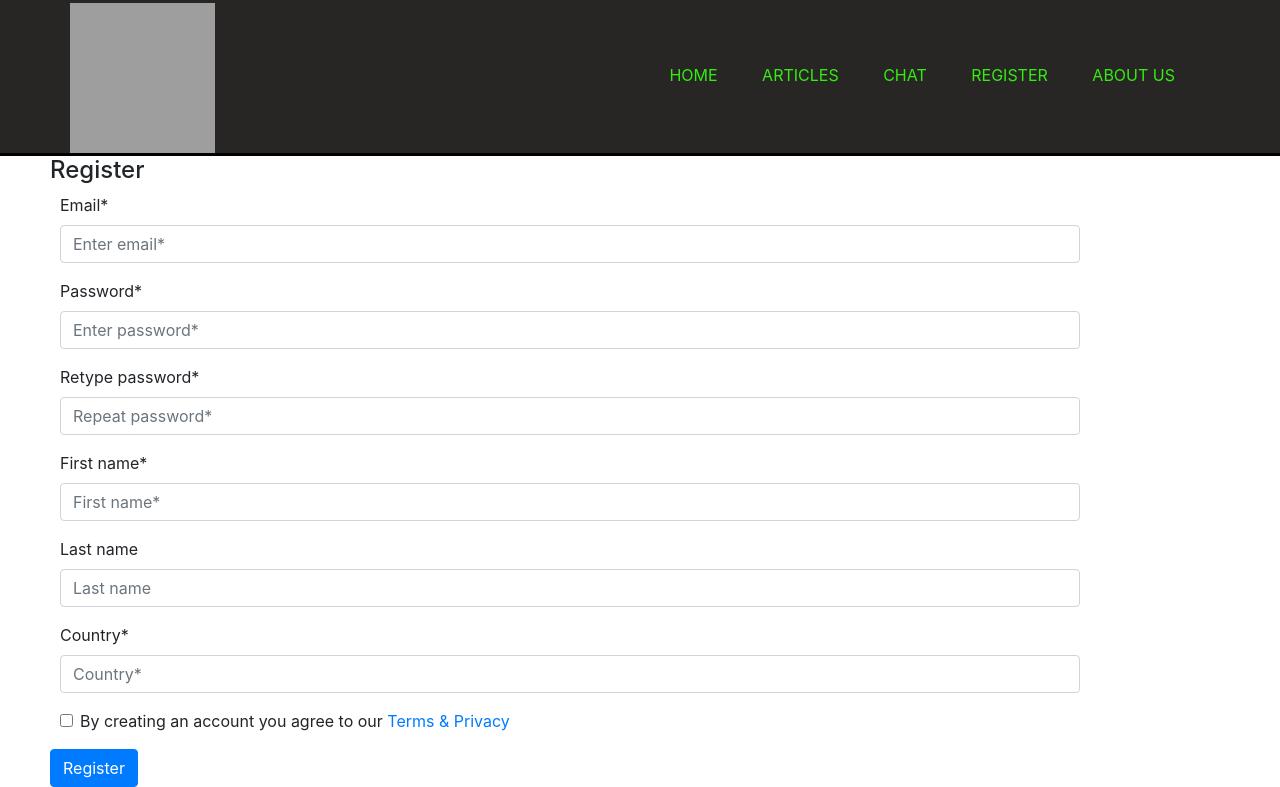
Repository: elvitasaukitena/Web
Page: register/register.html
These files come from the project's save history. The page is drawn as it stood at one moment and after the next save; the edit follows.
The browser window is 1280 px wide. The pictures show the whole page.
Pictures or frames that could not be fetched are drawn as grey boxes.

Above is the page before, as saved 2018-08-08 14:58:22.

### register/register.html
<!DOCTYPE html>
<html lang="en">

<head>
    <meta charset="UTF-8">
    <meta name="viewport" content="width=device-width, initial-scale=1.0">
    <meta http-equiv="X-UA-Compatible" content="ie=edge">
    <title>Document</title>
    <link rel="stylesheet" type="text/css" media="screen" href="register.css" />
    <link rel="stylesheet" href="https://stackpath.bootstrapcdn.com/bootstrap/4.1.3/css/bootstrap.min.css" integrity="sha384-MCw98/SFnGE8fJT3GXwEOngsV7Zt27NXFoaoApmYm81iuXoPkFOJwJ8ERdknLPMO"
        crossorigin="anonymous">

</head>

<body>
    <header>
        <div class="container">
            <div id="branding">
                <a href="../homepage/home.html">
                    <img id="img1" src="https://orig00.deviantart.net/999e/f/2017/347/7/e/cute_cat_gif_version_by_byanchalovelemon-dbwlb8v.gif">

                </a>
            </div>
            <div>

                <nav>
                    <ul>
                        <li>
                            <a href="../home/home.html">Home</a>
                        </li>
                        <li>
                            <a href="../articles/articles.html">Articles</a>
                        </li>
                        <li>
                            <a href="../chat/chat.html">Chat</a>
                        </li>
                        <li>
                            <a href="../register/register.html">Register</a>
                        </li>
                        <li>
                            <a href="../about us/about.html">About Us</a>
                        </li>
                    </ul>
                </nav>

            </div>

    </header>

    <div class="register">

            <form class="needs-validation" id="signup_form" action="../src/index.html" target="_blank" method="POST" novalidate>
                <h4 id="reg_title">Register</h4>
                <div class="form-group">
                    <label for="email">Email*</label>
                    <input type="email" class="form-control" id="email" placeholder="Enter email*" name="email" required>
                </div>
                <div class="form-group">
                    <label for="pwd">Password*</label>
                    <input type="password" class="form-control" id="password" placeholder="Enter password*" name="password" required>
                </div>
                <div class="form-group">
                    <label for="pwd">Retype password*</label>
                    <input type="password" class="form-control" id="confirmpassword" placeholder="Repeat password*" name="confirmpassword" required>
                </div>
                <div class="form-group">
                    <label for="pwd">First name*</label>
                    <input type="text" class="form-control" id="firstN" placeholder="First name*" name="firstN" required>
                </div>
                <div class="form-group">
                    <label for="pwd">Last name</label>
                    <input type="text" class="form-control" id="lastN" placeholder="Last name" name="lastN" required>
                </div>
                <div class="form-group">
                    <label for="pwd">Country*</label>
                    <input type="text" class="form-control" id="country" placeholder="Country*" name="country" required>
                </div>

                <div class="form-group">
                    <div class="form-check">
                        <input class="form-check-input" type="checkbox" id="checkbox1" name="checkbox" required>
                        <label class="form-check-label" for="checkbox1">By creating an account you agree to our
                            <a href="#">Terms &#38; Privacy</a>
                        </label>

                    </div>
                </div>

                <button type="submit" class="btn btn-primary" value="Submit" onClick="validatePassword();">Register</button>

            </form>

        </div>

</body>

</html>

### register/register.css
body{
    font-family: Arial, Helvetica, sans-serif;
    font-size: 15px;
    line-height: 1,5;
    font: 15px/1,5 Arial, Helvetica, sans-serif;
    padding:0;
    margin:0;
    background-color: rgb(192, 189, 189);
}

.container{
    width: 40%;
    margin:auto;
    overflow:hidden;
}


header ul{
    margin:0;
    padding:0;

}


header{
    background: #272624;
    color: #ffffff;
    padding-top: 3px;
    min-height: 40px;
    border-bottom: #000000 3px solid;
}

header #branding{
    float: left;
    margin-left: -20px;
    margin-top: 0px;
    margin-bottom: 0px;
}

header #img1{
    height: 150px;
    width: 150px;
}

header a{
    color: #35ec10;
    text-decoration: none;
    text-transform: uppercase;
    font: size 16;
}

header nav{
    float: right;
    margin-top: 60px;
}

header li{
    display: inline;
    padding: 0 20px 0 20px;
}
.register {
    padding: 0 200px 0 50px;
}
.form-group {
    margin-left: 10px;
}

After the next save:
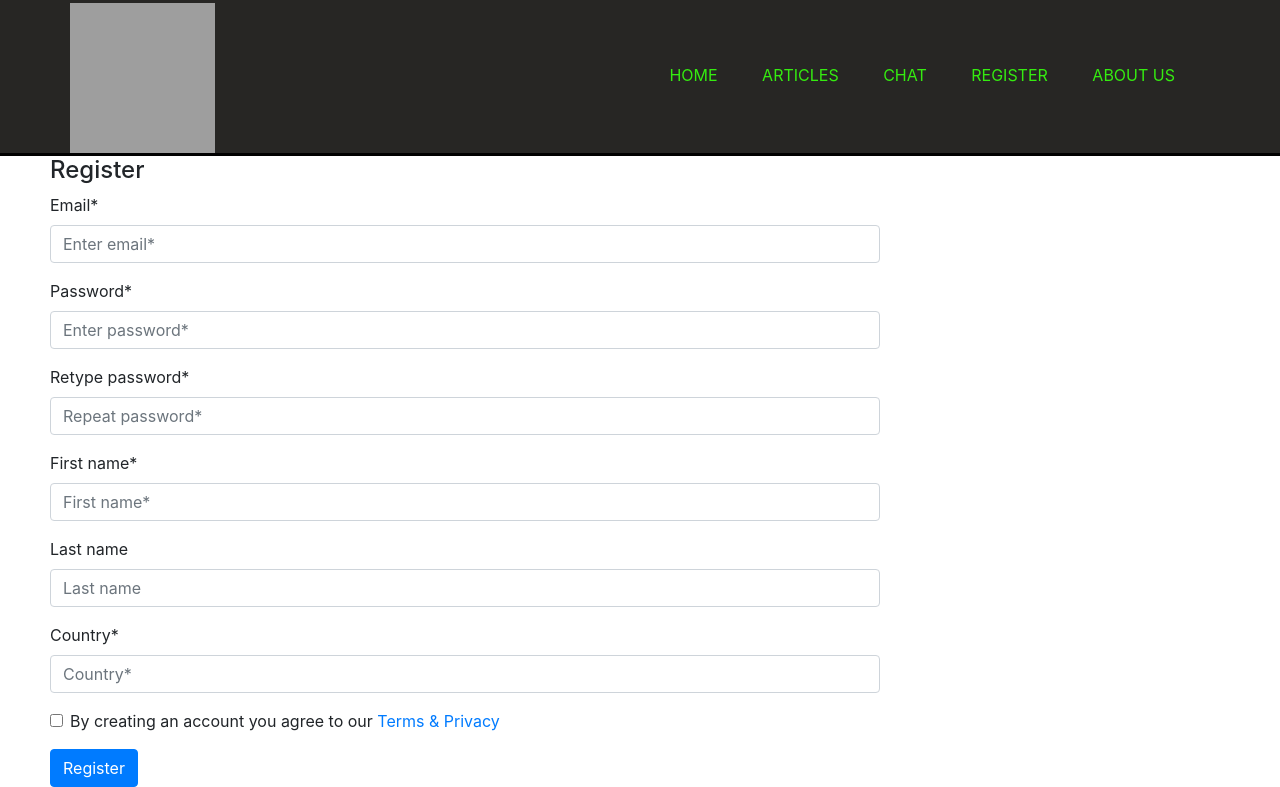
Saved 13 s later.
--- a/register/register.css
+++ b/register/register.css
@@ -59,8 +59,5 @@
     padding: 0 20px 0 20px;
 }
 .register {
-    padding: 0 200px 0 50px;
+    padding: 0 400px 0 50px;
 }
-.form-group {
-    margin-left: 10px;
-}
